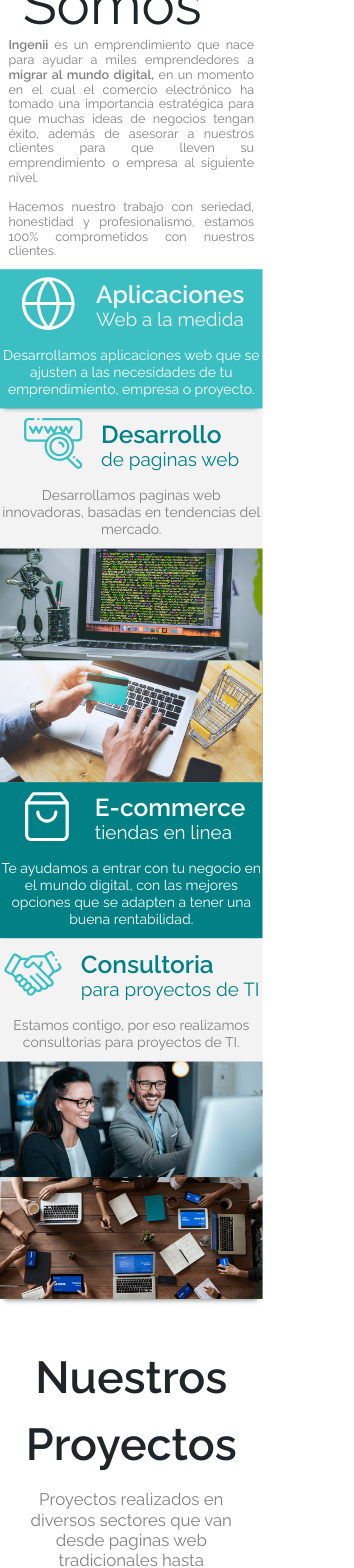
Repository: mariomr87/testwebpage
Page: index.html
These files come from the project's save history. The page is drawn as it stood at one moment and after the next save; the edit follows.
The browser window is 375 px wide. The page is 506 px wide, so the pictures cover 506 px, including what lies to the right of the window. The pictures show the part of the page from y = 1611 to 3851 px (the page is 5593 px tall), at 70% of full size.
Some web libraries are served in a nearby version.

Above is the page before, as saved 2021-10-13 22:23:59.

### index.html
<!DOCTYPE html>
<html>
<head>
	<meta charset="utf-8">
	<title>Ingenii - Nueva era</title>
	<link href="style.css" rel="stylesheet">
	<!-- CSS only -->
	<link href="https://cdn.jsdelivr.net/npm/bootstrap@5.0.2/dist/css/bootstrap.min.css" rel="stylesheet" integrity="sha384-EVSTQN3/azprG1Anm3QDgpJLIm9Nao0Yz1ztcQTwFspd3yD65VohhpuuCOmLASjC" crossorigin="anonymous">
	<link rel="preconnect" href="https://fonts.googleapis.com">
	<link rel="preconnect" href="https://fonts.gstatic.com" crossorigin>
	<link href="https://fonts.googleapis.com/css2?family=Raleway:ital,wght@0,200;0,400;0,600;1,900&display=swap" rel="stylesheet">
	<script src="https://kit.fontawesome.com/ffd6f804ac.js" crossorigin="anonymous"></script>

	<!--MENU BOOSTRAP JavaScript Bundle with Popper -->
	<script src="https://cdn.jsdelivr.net/npm/bootstrap@5.1.1/dist/js/bootstrap.bundle.min.js" integrity="sha384-/bQdsTh/da6pkI1MST/rWKFNjaCP5gBSY4sEBT38Q/9RBh9AH40zEOg7Hlq2THRZ" crossorigin="anonymous"></script>

	<!--Carrusel-->
	<link href="https://cdn.jsdelivr.net/npm/bootstrap@5.0.2/dist/css/bootstrap.min.css" rel="stylesheet" integrity="sha384-EVSTQN3/azprG1Anm3QDgpJLIm9Nao0Yz1ztcQTwFspd3yD65VohhpuuCOmLASjC" crossorigin="anonymous">
	<link rel="stylesheet" type="text/css" href="carousel.css">
	<script src="https://ajax.googleapis.com/ajax/libs/jquery/1.12.4/jquery.min.js" type="text/javascript" ></script>
	<script src="slick.js" type="text/javascript" charset="utf-8"></script>

	<!-- viewport mobile -->
	<meta name="viewport" content="width=device-width, initial-scale=1.0">


</head>
	<body>

		<!-- Menu -->
		<nav class="navbar navbar-expand-lg  sticky-top navbar-dark lineamenu ">
			<div class="container-fluid">
			  <a class="navbar-brand col-md-2 text-center navbar-expand-lg" href="#"><span class="menuimg-texto">Ingenii</span></a>
			  <button class="navbar-toggler" type="button" data-bs-toggle="collapse" data-bs-target="#navbarSupportedContent" aria-controls="navbarSupportedContent" aria-expanded="false" aria-label="Toggle navigation">
				<span class="navbar-toggler-icon "></span>
			  </button>
			  <div class="collapse navbar-collapse " id="navbarSupportedContent">
				<ul class="navbar-nav col-md-10">
				  <li class="nav-item">
					<a class="nav-link" aria-current="page" href="#">
						<span class="separar"><img src="./imagenes/menu/Icon-inicio.svg" class="d-inline-block align-text-top menuing-redes-logos"></span>
						<span class="menu-texto-opc">Inicio</span>
					</a>
				  </li>
				  <li class="nav-item">
					<a class="nav-link" href="#servicios4">
						<span class="separar"><img src="./imagenes/menu/Icon-Servicios.svg" class="d-inline-block align-text-top menuing-redes-logos"></span>
						<span class="menu-texto-opc">Servicios</span>
					</a>
				  </li>
				  <li class="nav-item">
					<a class="nav-link " href="#quienessomos" tabindex="-1" aria-disabled="true">
						<span class="separar"><img src="./imagenes/menu/Icon-Quienes somos.svg" class="d-inline-block align-text-top menuing-redes-logos"></span>
						<span class="menu-texto-opc">¿Quiénes somos?</span>
					</a>
				  </li>
				  <li class="nav-item">
					<a class="nav-link " href="#link-ntrabajo" tabindex="-1" aria-disabled="true">
						<span class="separar"><img src="./imagenes/menu/Icon- nuestro-trabajo.svg" class="d-inline-block align-text-top menuing-redes-logos"></span>
						<span class="menu-texto-opc">Nuestro Trabajo</span>
					</a>
				  </li>
				  <li class="nav-item">
					<a class="nav-link " href="#link-escribenos" tabindex="-1" aria-disabled="true">
						<span class="separar"><img src="./imagenes/menu/Icon - escribenos.svg" class="d-inline-block align-text-top menuing-redes-logos"></span>
						<span class="menu-texto-opc">Escribenos</span>
					</a>
				  </li>
				</ul>
				<div class="col-md-1 text-center">
					<span class="separar"><img class="menuing-redes-logos" src="./imagenes/menu/Facebook.svg" alt="">
					<img class="menuing-redes-logos" src="./imagenes/menu/WhatsApp.svg" alt="">
				</div>
			  </div>
			</div>
		  </nav>

		<!-- Slider -->
		<div class="container-fluid slider text-centro text-center">
			<div class="row" id="servicios4">
				<div>
					<h3 class="logo title-slider">Ingenii</h3>
					<h3 class="blanco slider-text">Expertos en la nueva era</h3>
					<h3 id="app-web">Aplicaciones web_</h3><br>
					<img id="flecha-down" src="./imagenes/principal/flecha.svg">
				</div>
			</div>
		</div>
		<!-- Quienes somos y servicios -->
		<div class="container-fluid " >
			<!-- Iconos de servicios -->
			<div class="cuadros-servi row ">
				<div class="azul-claro-bg cuadro col ">
					<img src="./imagenes/principal/app.svg" class="icon-serv">
					<h5><span class="negrilla "><strong>Aplicaciones</strong> </span><br>web a la medida</h5>
				</div>
				<div class="azul-claro-bg cuadro col">
					<img src="./imagenes/principal/desarrollo.svg" class="icon-serv"><h5><span class="negrilla ">Desarrollo</span><br>de Páginas web</h5>
				</div>
				<div class="azul-claro-bg cuadro col">
					<img src="./imagenes/principal/tienda.svg" class="icon-serv">
					<h5><span class="negrilla ">E-commerce</span><br> tiendas en linea</h5>
				</div>
				<div class="azul-claro-bg cuadro col">
					<img src="./imagenes/principal/consultoria.svg" class="icon-serv"><h5><span class="negrilla ">Consultoría</span><br>para proyectos TI</h5>
				</div>
			</div>

			<!-- Texto quienes somos -->
			<div class="row just-somos" id="quienessomos">
				<div class="col-md-6 centrar-somos">
					<p class="line-blue"> </p>
					<h1 class="text-quienes" >Quiénes</h1><h2 class="text-somos">Somos</h2>
				</div>
				<div class="col-md-6">
					<p class="texto-qs"><span class="negrilla">Ingenii</span> es un emprendimiento que nace para ayudar a miles emprendedores a <span class="negrilla">migrar al mundo digital,</span> en un momento en el cual el
					comercio electrónico ha tomado una importancia estratégica para que muchas ideas de negocios tengan éxito, además de asesorar a
					nuestros clientes para que lleven su emprendimiento o empresa al siguiente nivel.
					<br><br>Hacemos nuestro trabajo con seriedad, honestidad y profesionalismo, estamos 100% comprometidos con nuestros clientes.</p>
				</div>
			</div>
		</div>
		<!-- Servicios -->
		<div class="container-fluid">
			<div class="row row-cols-2 servi-col">
				<!--Aplicaciones -->
				<div class="col azul-claro-bg sombra one">
					<img class="servicios-img" src="imagenes/servicios/Aplicaciones.png">
				</div>
				<div class="col azul-claro-bg text-app sombra two">
						<div class="centra-app">
							<div class="interlineas">
								<img src="./imagenes/servicios/web-a-medida.svg" class="icon-serv">
								<span class="text-app-p"><span class="text-app-icon">Aplicaciones</span><p class="text-app-icon2">Web a la medida</p></span>
							</div>
							<div class="interlineas">
								<p class="text-app-des">Desarrollamos aplicaciones web que se ajusten a las necesidades de tu emprendimiento, empresa o proyecto.</p>
							</div>
						</div>
				</div>
				<!--Desarrollo -->
				<div class="col blanco-bg sombra three">
					<div class="text-app ">
						<div class="centra-app">
							<div class="interlineas">
								<img src="./imagenes/servicios/desarrollo-web.svg" class="icon-serv">
								<span class="azul text-app-p"><span class="text-app-icon">Desarrollo</span><p class="text-app-icon2">de paginas web</p></span>
							</div>
							<div class="interlineas" >
								<p class="gris2 text-app-des">Desarrollamos paginas web innovadoras, basadas en tendencias del mercado.</p>
							</div>
						</div>
					</div>
				</div>
				<div class="col blanco-bg sombra four">
					<img class="servicios-img" src="imagenes/servicios/desarrolloweb.png">
				</div>
				<!--E-commerce-->
				<div class="col azul-bg sombra five">
					<img class="servicios-img" src="imagenes/servicios/ecommerce.png">
				</div>
				<div class="col azul-bg sombra six">
					<div class="text-app">
						<div class="centra-app">
							<div class="interlineas">
								<img src="./imagenes/servicios/ecommerce.svg" class="icon-serv">
								<span class="text-app-p"><span class="text-app-icon">E-commerce</span><p class="text-app-icon2">tiendas en linea</p> </span>
							</div>
							<div class="interlineas">
								<p class="text-app-des">Te ayudamos a entrar con tu negocio en el mundo digital, con las mejores opciones que se adapten a tener una buena rentabilidad.</p>
							</div>
						</div>
					</div>
				</div>
				<!--Consultoria -->
				<div class="col blanco-bg sombra seven">
					<div class="azul text-app">
					<div class="centra-app">
							<div class="interlineas">
								<img src="./imagenes/servicios/consultoria-TI.svg" class="icon-serv">
								<span class="text-app-p"><span class="text-app-icon">Consultoria</span> <p class="text-app-icon2"> para proyectos de TI</p></span>
							</div>
							<div class="interlineas">
								<p class="gris2 text-app-des">Estamos contigo, por eso realizamos consultorias para proyectos de TI.</p>
							</div>
					</div>
					</div>
				</div>
    			<div class="col blanco-bg sombra eight">
					<img class="servicios-img" src="imagenes/servicios/consultoria.png">
				</div>
			</div>
		</div>


		<!-- Nuestros Proyectos -->
		<div class="container-fluid" id="link-ntrabajo">
			<div class="row">
				<div class="col-md-12 text-center">
					<p class="proyectos">Nuestros Proyectos</p>
					<p class="proyectos-txt">Proyectos realizados en diversos sectores que van desde paginas web tradicionales hasta aplicaciones para la gestion de negocios.</p>
				</div>
				<div class="col-md-12 container">
					<section class="customer-logos slider2">
						<div class="slide"><img src="images/image3.png"></div>
						<div class="slide"><img src="images/image4.png"></div>
						<div class="slide"><img src="images/image3.png"></div>
						<div class="slide"><img src="images/image4.png"></div>
					</section>
				</div>
			</div>
		</div>

		<!-- Contacto -->
		<div class="container-fluid contacto-container" id="link-escribenos">
			<div class="row">
				<div class="col-md-6">
					<div class="contacto-column-1">
						<p class="line-blue"> </p>
						<h2 class="contacto-title blanco">Escribenos</h2>
						<p class="contacto-desc blanco">Cuéntanos tus proyectos y juntos podremos llevar tu emprendimiento o tu empresa a otro nivel en la nueva era del mundo digital</p>
					</div>
					</div>
				<div class="col-md-6">
					<form class="contacto-form">
						<input type="text" class="contacto-input" placeholder="Nombre Completo" name="nombre">
						<input type="text" class="contacto-input" placeholder="Celular" name="celular">
						<input type="email" class="contacto-input" placeholder="Email" name="email">
						<textarea name="mensaje" class="contacto-textarea" placeholder="Mensaje"></textarea>
						<input type="submit" class="contacto-input azul-claro-bg" name="Enviar">
					</form>
				</div>
			</div>
		</div>
		<!-- Footer -->
		<div class="container-fluid azul-claro-bg p-5">
			<div class="row pb-4">
				<div class="col-md-4">
					<div class="footer-container">
						<h2 class="logo title-footer">Ingenii</h2>
						<p class="subtitle-footer">Copyrigth 2021 Ingenii</p>
					</div>
				</div>
				<div class="col-md-8">
					<div class="social-container">
						<p class="" style="padding: 0px 22px;">Soluciones innovadoras para tus proyectos, emprendimientos o empresas.<br>Te ayudamos a ir al siguiente nivel. Somos expertos en una nueva era.</p>
						<div class="container">
							<div class="row">
								<div class="col-md-4">
									<span class="social-icon-text" style="vertical-align: middle;">Síguenos: </span><a href="www.facebook.com" class="link-icon-footer gris"><i class="fab fa-facebook"></i></a><a href="https://api.whatsapp.com/send?phone=573167873319&text=Hola!%20Quiero%20una%20p%C3%A1gina%20web." class="link-icon-footer gris"><i class="fab fa-whatsapp"></i></a>
								</div>
								<div class="col-md-4 mt-2">
									<i style="vertical-align: middle;" class="fas fa-phone-alt gris icon-footer"></i><span class="social-icon-text"> 3167873319</span>
								</div>
								<div class="col-md-4 mt-2">
									<i style="vertical-align: middle;" class="far fa-envelope gris icon-footer"></i><span class="social-icon-text"> info@ingenii.com.co</span>
								</div>
							</div>
						</div>
					</div>
				</div>
			</div>
		</div>

		<script type="text/javascript">
			$(document).ready(function(){
				$('.customer-logos').slick({
					slidesToShow: 2,
					slidesToScroll: 1,
					autoplay: true,
					autoplaySpeed: 500,
					arrows: false,
					dots: false,
						pauseOnHover: false,
						responsive: [{
						breakpoint: 500,
						settings: {
							slidesToShow: 4
						}
					}, {
						breakpoint: 520,
						settings: {
							slidesToShow: 3
						}
					}]
				});
			});
		</script>

	</body>
</html>

### style.css
/*
autor: Estiven Oviedo Gonzalez;
fecha: 2021-07-18;
*/

@font-face {
    font-family: 'Righteous';
    src: url('font/Righteous-Regular.ttf');
}


body{
	font-family: 'Raleway', sans-serif !important;
}

.lineamenu{
	border-bottom-width: 1px;
	border-bottom-style: solid;
	border-bottom-color: #c5c3c3 ;
	background-color: #292b2f;
}

.menuimg-texto{
	font-weight: 900;
	font-size: 3em;
	font-family: 'Righteous', cursive;
	color: #fff;
}

.separar{
	padding-right: 10px;
}

.menu-texto-opc{
	font-size: 1.5em;
	color: white;

}
.menuing-redes-logos{
	width: 1.5em;
}

.navbar-nav{
	justify-content: center;

}

.nav-item{
	padding: 24px 10px;
}

.nav-item:hover{
	box-shadow: inset 0px -7px #3bbfc3;
}

.logo{
	font-family: 'Righteous', cursive;
	color: #fff;
}

.azul{
	color: #018185;
}

.gris{
	color: #292b2f;
}

.verde{
	color: #40af93;
}

.azul-claro{
	color: #3bbfc3;
}

.blanco{
	color: #f3f3f3;
}

.azul-bg{
	background-color: #018185;
	color: #fff;
}

.gris-bg{
	background-color: #292b2f;
}

.verde-bg{
	background-color: #40af93;
}

.azul-claro-bg{
	background-color: #3bbfc3;
	color: #f3f3f3;
}

.blanco-bg{
	background-color: #f3f3f3;
}


.sombra{
	box-shadow: 0px 7px 7px -6px gray;
}

/* servicios */
.servicios-img{
	width: 100%;
}

.title-footer{
	font-size: 70px;
	margin: 0;
}

.subtitle-footer{
	color: #fff;
	font-size: 12px;
}

.footer-container{
	margin-left: 35%;
	border-right: 1px solid #fff;
}

.social-container{
	color: #fff;
}

.link-icon-footer{
	font-size: 30px;
	padding: 0px 10px;
	vertical-align: middle;
}

.icon-footer{
	font-size: 25px;
}

.social-icon-text{
	font-weight: 600;
}

.contacto-container{
	background-image: url('imagenes/formulario/fondo-formulario.png');
	background-size: cover;
}

.contacto-form{
	margin: 100px 20% 100px 10%;
}

.contacto-input{
	display: block;
    padding: 8px 20px;
    border-radius: 40px;
    border: none;
    margin-bottom: 12px;
    width: 100%;
}

.contacto-textarea{
	display: block;
    padding: 8px 20px;
    border-radius: 20px;
    border: none;
    margin-bottom: 12px;
    resize: none;
    width: 100%;
    height: 150px;
}

.contacto-column-1{
	margin: 100px 10% 100px 30%;
}

.contacto-title{
	font-size: 75px;
	font-weight: 900;
}

.contacto-desc{
	font-size: 22px;
}

.slider{
	background-image: url('imagenes/principal/banner.png');
	background-size: cover;
}

.title-slider{
	font-size: 110px;
	margin: 0;
}

.slider-text{
	font-size: 40px ;
	font-weight: bold;
}

#app-web{
	display: inline;
	background-color: #f6f6f6;
	color: #018185;
	padding: 0px 20px;
}

.text-quienes{
	font-weight:bold;
	font-size:100px;
}

.text-somos{
	font-size:80px;
	line-height: 10px;
}

.line-blue{
	background-color: #018185;
	height: 8px;
	width: 80px;
}

.texto-qs{
	text-align: justify;
	font-size: 18px;
	color: gray;

}

.negrilla{
	font-weight: bold;
}

.cuadro span {
	font-size: 1.5em;
}

.just-somos{
	padding-left: 100px;
	padding-right: 100px;
	padding-top: 50px;
	padding-bottom: 50px;
	line-height: initial;
}

.centrar-somos{
	align-content: center;
	justify-content: center;
	display: grid;
}


.text-app{
	position: relative;
	padding-top: 2%;

}

.centra-app{
	margin: 5% 20% 0 15%;
	text-align: justify;
}

.text-app-p{
	padding-left: 25px;

}

.text-app-icon{
	font-size: 35px;
	font-weight: 900;

}

.text-app-icon2{
	font-size: 27px;
}

.text-app-des{
	font-size: 20px;
	color: white;
}

.gris2{
	color: gray ;
}

.cuadro{
	margin: auto 1%;
	padding: 33px;
	box-shadow: -1px 5px 6px #889788;
}

.cuadros-servi{
	text-align: center;
	padding: 0% 8%;
	position: relative;
    bottom: 60px;

}
.interlineas{
	line-height:normal;
	display: flex;
	justify-content: flex-start;
    align-items: center;
	letter-spacing: normal;
}

.icon-serv{
	width: 86px;
	margin-bottom: 20px;
}

.cuadro img{
	padding-bottom: 15px;
}

.text-centro{
	padding: 8% 0%;

}

#flecha-down{
	padding-top: 2%;
	width: 3%;
}

.flotante{
	position: relative;
}

.servi-col div{
	padding-left: 0;
	padding-right: 0;
}

.proyectos{
	font-weight: 900;
	font-size: 4em;
	padding-top: 1em;
}

.proyectos-txt{
	color: gray;
	font-size: 1.5em;
	padding: 0 12em 2em 12em ;
	line-height: normal;
}

@media screen and (max-width:1100px) {
	.cuadros-servi h5{
		font-size: 1rem;
	}

	.text-quienes{
		font-size: 80px;
	}

}

@media screen and (max-width:810px) {
	.cuadros-servi{
		position: initial;
		padding-top: 10px;
		flex-direction: column;
	}

	.cuadro{
		margin-bottom: 15px;
	}

	.just-somos{
		flex-direction:column;
		padding: 0;
	}

	.just-somos .col-md-6{
		width: 100%;
	}

	.line-blue{
		display: none;
	}

	.centrar-somos{
		padding-bottom: 35px;
	}

	.servi-col{
		flex-direction: column;
	}

	.proyectos-txt{
		padding: 0;
	}

	.servi-col div{
		width: 100%;
	}

	.centra-app{
		margin: 0;
	}

	.interlineas{
		justify-content: center;
	}

	.text-app-des{
		text-align: center;
	}


}

@media screen and (max-width:450px) {
	.just-somos{
		padding: 0;

	}

	.proyectos-txt{
		padding: 0;
	}

	.servi-col div{
		width: 100%;
	}

	.centra-app{
		margin: 0;
	}

	.one{
		order: 1;
	}
	.two{
		order: 0;
	}
/*
	.three{
		order: 3;
	}

	.four{
		order: 4;
	}

	.five{
		order: 5;
	}

	.six{
		order: 6;
	}

	.seven{
		order:7;
	}

	.eight{
		order: 8;
	} */

}

### carousel.css
/* Slider */
.slick-slide {
    margin: 0px 20px;
}

.slick-slide img {
    width: 100%;
}

.slick-slider
{
    position: relative;
    display: block;
    box-sizing: border-box;
    -webkit-user-select: none;
    -moz-user-select: none;
    -ms-user-select: none;
            user-select: none;
    -webkit-touch-callout: none;
    -khtml-user-select: none;
    -ms-touch-action: pan-y;
        touch-action: pan-y;
    -webkit-tap-highlight-color: transparent;
}

.slick-list
{
    position: relative;
    display: block;
    overflow: hidden;
    margin: 0;
    padding: 0;
}
.slick-list:focus
{
    outline: none;
}
.slick-list.dragging
{
    cursor: pointer;
    cursor: hand;
}

.slick-slider .slick-track,
.slick-slider .slick-list
{
    -webkit-transform: translate3d(0, 0, 0);
       -moz-transform: translate3d(0, 0, 0);
        -ms-transform: translate3d(0, 0, 0);
         -o-transform: translate3d(0, 0, 0);
            transform: translate3d(0, 0, 0);
}

.slick-track
{
    position: relative;
    top: 0;
    left: 0;
    display: block;
}
.slick-track:before,
.slick-track:after
{
    display: table;
    content: '';
}
.slick-track:after
{
    clear: both;
}
.slick-loading .slick-track
{
    visibility: hidden;
}

.slick-slide
{
    display: none;
    float: left;
    height: 100%;
    min-height: 1px;
}
[dir='rtl'] .slick-slide
{
    float: right;
}
.slick-slide img
{
    display: block;
}
.slick-slide.slick-loading img
{
    display: none;
}
.slick-slide.dragging img
{
    pointer-events: none;
}
.slick-initialized .slick-slide
{
    display: block;
}
.slick-loading .slick-slide
{
    visibility: hidden;
}
.slick-vertical .slick-slide
{
    display: block;
    height: auto;
    border: 1px solid transparent;
}
.slick-arrow.slick-hidden {
    display: none;
}

.slider2 {
    padding: 2em 10em;
}

.slider2 div img{
    width: 50%;
    /* background-color: gray; */
    border-inline: 1px;
    display: block;
    margin: auto;

}

/* .slide{
 border-style: solid;
 color: red;

} */

Loaded but not shown: slick.js (library)

After the next save:
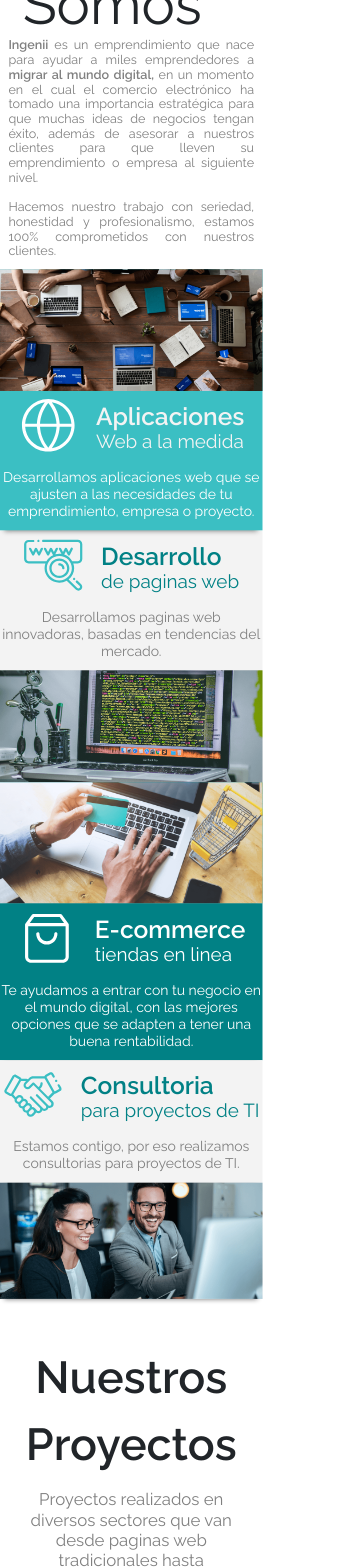
Saved 9 s later.
--- a/style.css
+++ b/style.css
@@ -435,7 +435,7 @@ body{
 	}
 
 	.one{
-		order: 1;
+		order: 0;
 	}
 	.two{
 		order: 0;
